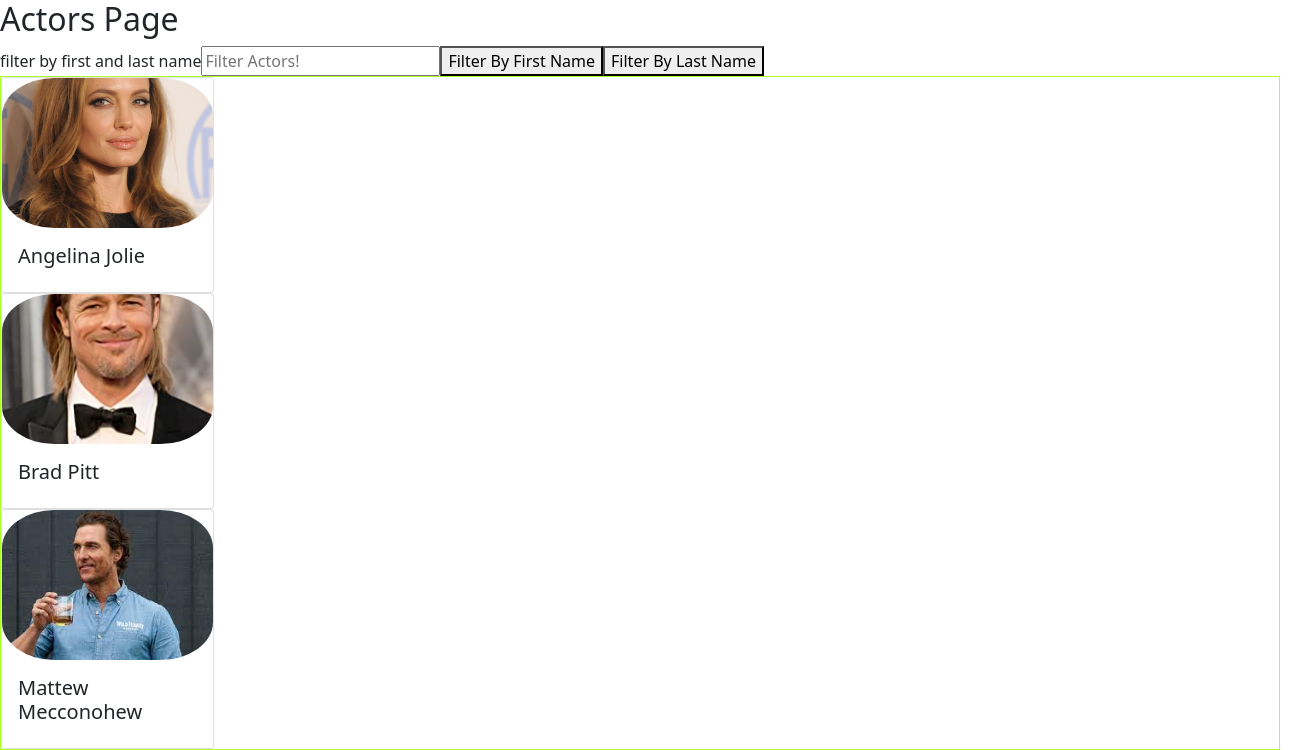
Repository: shuroo/FECourse-react-movieapp
Page: /
The author's editor kept a copy of each file at every save. The page is drawn from the files as they stood at one save, then again after a run of saves.
The browser window is 1280 px wide. The page is 1280 px wide, then 1292 px, so the pictures cover 1292 px, including what lies to the right of the window. The pictures show the whole page.
The project was rebuilt for these pictures with package versions that can differ from the ones it lists, and the page was loaded fresh each time. Also part of the build but not shown: src/App.css.

Above is the page before, as saved 2021-07-24 17:53:45.

### src/App.js
import logo from './logo.svg';
import './App.css';
import React, { useState } from 'react';
import Actor from './pages/Actor';
import 'bootstrap/dist/css/bootstrap.min.css';
import ActorsPage from './pages/ActorsPage';

function App() {
    return <ActorsPage / >
};

export default App;

### src/pages/ActorsPage.jsx
import React, { useState } from 'react';
import ActorModel from '../model/ActorModel';
//import angelinaImg from "pages/angeline.jpg";
import CardComponent from "../components/CardComponent";

import ImgGallery from "../components/ImgGallery";

function ActorsPage() {

    const allActors = [ new ActorModel("Angelina", "Jolie", new Date("04/06/1975"), "./angeline.jpg", "https://www.imdb.com/name/nm0001401/"),
    new ActorModel("Brad", "Pitt", new Date("04/06/1975"), "./brad_pitt.jpg", "https://www.imdb.com/name/nm0000093/"),
    new ActorModel("Mattew", "Mecconohew", new Date("04/06/1975"), "./mattehew_mecc.jpeg","https://www.imdb.com/name/nm0000190/")];

    const [actors, setActors] = useState(
        allActors
        //new ActorModel("Brad", "Pitt", new Date("04/06/1975"), "./brad_pitt.jpg", "https://www.imdb.com/name/nm0000093/"),
     )

     let actorsHtml = actors.map(act=><CardComponent key={act.firstName+"1"} actor={act}/>)

    // firstName, lastName, birthday, image, imdbLink

    const [filterText, setFilterText] = useState("")
    const [sortCriteria, setSortCriteria] = useState("")

    function filterTextByEvent(e){
        let text = e.target.value;
        setFilterText(text);
        if(text === ""){
            setActors(allActors);
        }
    }
    function filterByFirstName(){
        let actorsFiltered = [...actors].filter(a=>a.firstName.startsWith(filterText));
        setActors(actorsFiltered);
    }

    function filterByLastName(){
         setActors(actors.filter(a=>a.lastName.startsWith(filterText)));
    }

    function sortBy(e){
        const criteria = e.target.value;
    }

    return (
        <div class="content">
            <h2>Actors Page</h2>
            <div><label>filter by first and last name</label>
            <input type="text" value={filterText} onChange={(e)=>filterTextByEvent(e)}   placeholder="Filter Actors!"></input>
            <button onClick={filterByFirstName}>Filter By First Name</button>
            <button onClick={filterByLastName}>Filter By Last Name</button>
            <ImgGallery actorsHtml={actorsHtml}/>
            </div>

        </div>
    );
}

export default ActorsPage;

### src/model/ActorModel.jsx
class ActorModel{

    constructor(firstName, lastName, birthday, image, imdbLink){

        this.firstName = firstName;
        this.lastName = lastName;
        this.birthday = birthday;
        this.image = image;
        this.imdbLink = imdbLink;
        this.age = this.age.bind(this);
    }

    age(){
        var thisyear = new Date().getFullYear();
        var birthyear = this.birthday.getFullYear();
        return (thisyear - birthyear);
    }
}

export default ActorModel;

### src/components/CardComponent.jsx
import React from "react";
import './CardComponent.css';

function CardComponent({actor}) {

	return (

<div className=" card col col-md-2 col-lg-2 col-sm-2" onClick={(e)=>(window.open(actor.imdbLink, '_blank'))}>
  <img className="actorImg card-img-top" src={actor.image} alt={actor.firstName+" "+actor.lastName}/>
  <div className="card-body">
    <h5 className="card-title">{actor.firstName} {actor.lastName}</h5>
    <p className="card-text">{actor.age}
  </p></div>
  </div>
	)
}

export default CardComponent;

### src/components/ImgGallery.jsx
import React from "react";
import './CardComponent.css';

function ImgGallery({actorsHtml}){


return(
<div className="gallery">{actorsHtml}</div>

)

}

export default ImgGallery;

### src/components/CardComponent.css
.actorImg {
    border-radius: 25%;
    object-fit: cover;
    height: 150px;
}

.col {
    display: flex;
    justify-content: space-around;
    align-items: flex-start;
    flex-basis: 20%;
}

.card {
    display: flex;
}

.gallery {
    display: flex;
    flex-direction: column;
    border: 1px solid greenyellow;
    align-items: flex-start;
}

Loaded but not shown: public/index.html (common file); src/index.js (common file); src/index.css (common file); src/reportWebVitals.js (common file); src/pages/Actor.jsx (no stored copy; drawn as an empty file)

After the next 2 saves:
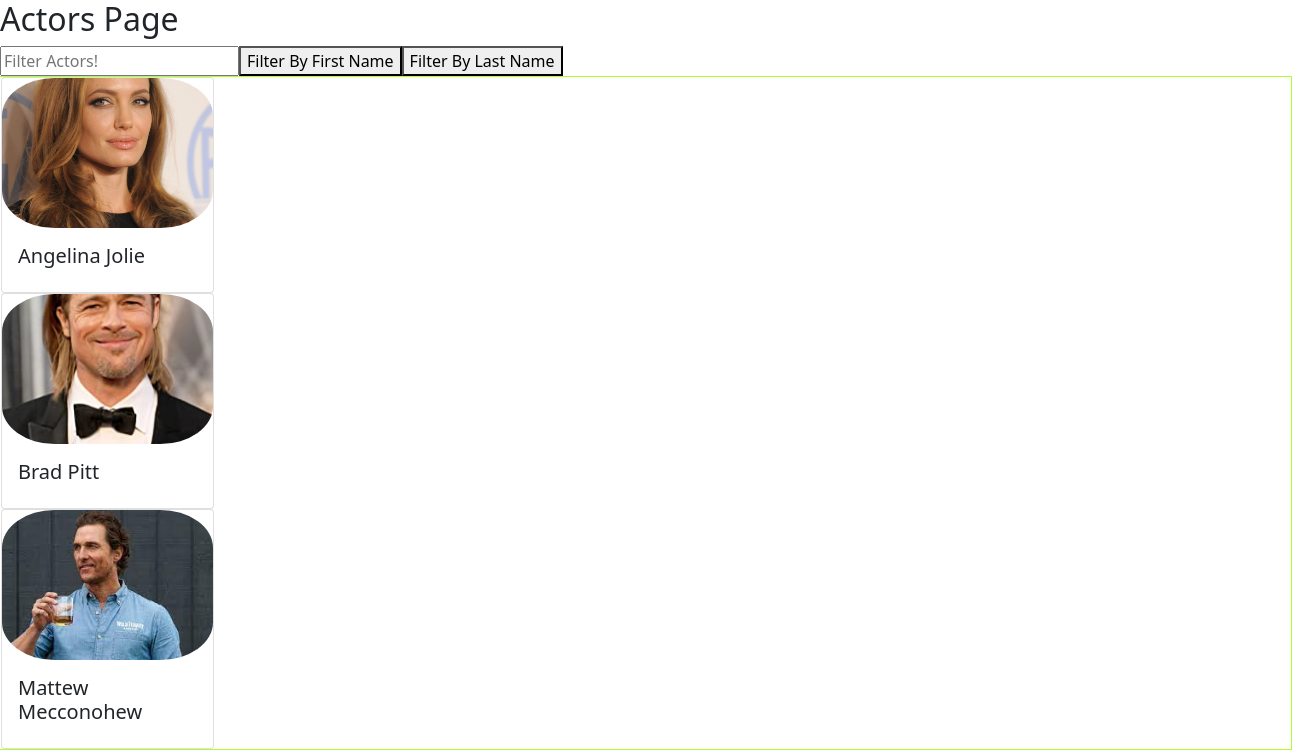
The 2 saves are shown as one change because 1 did not build or start.
The last was saved 79 s later.
--- a/src/pages/ActorsPage.jsx
+++ b/src/pages/ActorsPage.jsx
@@ -44,13 +44,13 @@ function ActorsPage() {
     }
 
     return (
-        <div class="content">
+        <div >
             <h2>Actors Page</h2>
-            <div><label>filter by first and last name</label>
+            <div className="content">
             <input type="text" value={filterText} onChange={(e)=>filterTextByEvent(e)}   placeholder="Filter Actors!"></input>
             <button onClick={filterByFirstName}>Filter By First Name</button>
             <button onClick={filterByLastName}>Filter By Last Name</button>
-            <ImgGallery actorsHtml={actorsHtml}/>
+            <div className="row"><ImgGallery actorsHtml={actorsHtml}/></div>
             </div>
 
         </div>
